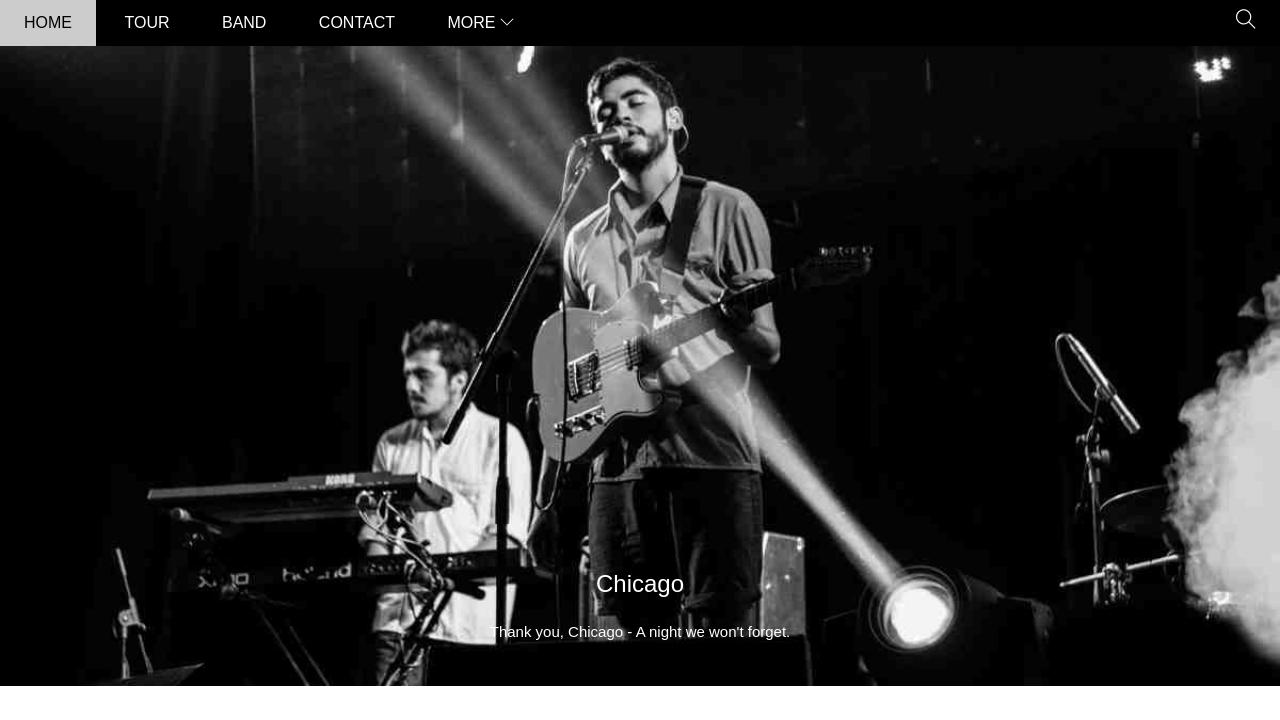
Repository: ducvui2003/LTCB
Page: index.html
An editor plug-in stored every save of this project. The page is shown before and after the next save, followed by the edit.
The browser window is 1280 px wide. The pictures show the window.
A layer covers the whole window, so only the first screen is drawn.

Above is the page before, as saved 2022-01-10 11:13:04.

After the next save:
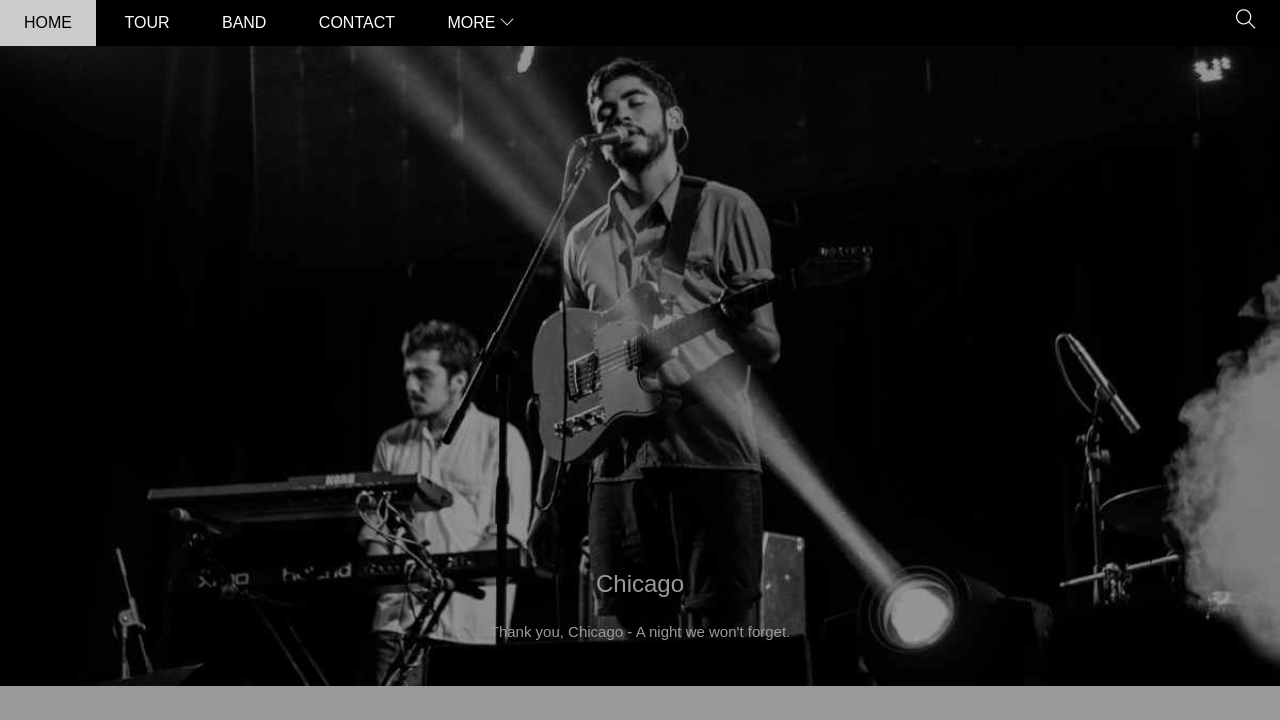
Saved 2 min 2 s later.
--- a/assest/Css/styles.css
+++ b/assest/Css/styles.css
@@ -314,9 +314,11 @@
 #footer {}
 
 .modal {
+    /* Create Overlay */
     position: fixed;
     left: 0;
     right: 0;
     top: 0;
     bottom: 0;
-}
+    background-color: rgba(0, 0, 0, 0.4);
+}
